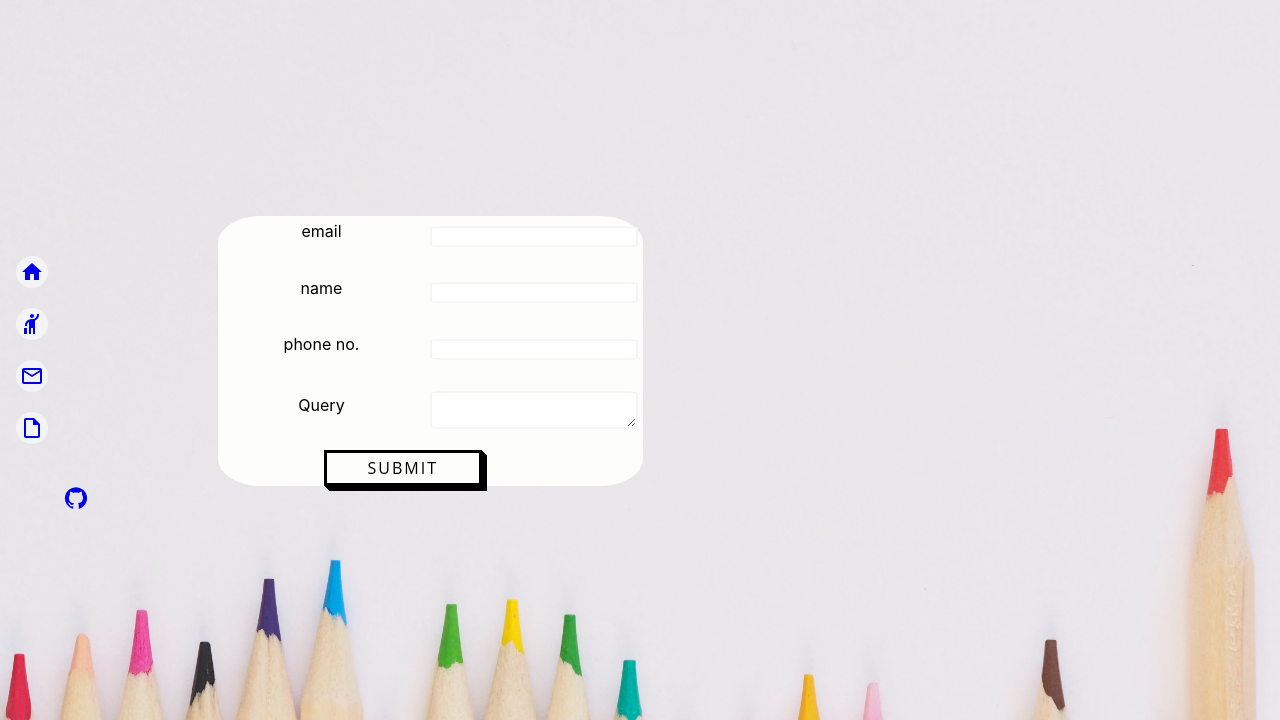
Repository: ujjawalmittal55/portfolio1
Page: /contact
An editor plug-in stored every save of this project. The page is shown before and after the next save, followed by the edit.
The browser window is 1280 px wide. The pictures show the whole page.
The project was rebuilt for these pictures with package versions that can differ from the ones it lists, and the page was loaded fresh each time. Also part of the build but not shown: src/display.css, src/Display.tsx, src/about.css, src/About.jsx, src/Document.jsx.

Above is the page before, as saved 2022-05-07 11:01:34.

### public/index.html
<!DOCTYPE html>
<html lang="en">
  <head>

    <style>
      @import url('https://fonts.googleapis.com/css2?family=Montserrat:ital,wght@0,100;1,100&family=Source+Code+Pro:wght@300&display=swap');
    </style>
    <meta charset="utf-8" />
    <link rel="icon" href="%PUBLIC_URL%/favicon.ico" />
    <meta name="viewport" content="width=device-width, initial-scale=1" />
    <meta name="theme-color" content="#000000" />
    <meta
      name="description"
      content="Web site created using create-react-app"
    />
    <link rel="apple-touch-icon" href="%PUBLIC_URL%/logo192.png" />
    <!--
      manifest.json provides metadata used when your web app is installed on a
      user's mobile device or desktop. See https://developers.google.com/web/fundamentals/web-app-manifest/
    -->
    <link rel="manifest" href="%PUBLIC_URL%/manifest.json" />
    <!--
      Notice the use of %PUBLIC_URL% in the tags above.
      It will be replaced with the URL of the `public` folder during the build.
      Only files inside the `public` folder can be referenced from the HTML.

      Unlike "/favicon.ico" or "favicon.ico", "%PUBLIC_URL%/favicon.ico" will
      work correctly both with client-side routing and a non-root public URL.
      Learn how to configure a non-root public URL by running `npm run build`.
    -->
    <title>React App</title>
  </head>
  <body>
    <noscript>You need to enable JavaScript to run this app.</noscript>
    <div id="root"></div>
    <!--
      This HTML file is a template.
      If you open it directly in the browser, you will see an empty page.

      You can add webfonts, meta tags, or analytics to this file.
      The build step will place the bundled scripts into the <body> tag.

      To begin the development, run `npm start` or `yarn start`.
      To create a production bundle, use `npm run build` or `yarn build`.
    -->
  </body>
</html>

### src/index.tsx
import React from "react";
import ReactDOM from "react-dom/client";
import "./index.css";
import App from "./App";
import Portfolio from "./Portfolio";
import SideBar from "./SideBar";

import reportWebVitals from "./reportWebVitals";
import { BrowserRouter } from "react-router-dom";

const rootElement = document.getElementById("root");
if (!rootElement) throw new Error("Failed to find the root element");
const root = ReactDOM.createRoot(rootElement);
root.render(
  <React.StrictMode>
    <BrowserRouter>
      <Portfolio />
    </BrowserRouter>
  </React.StrictMode>
);

// If you want to start measuring performance in your app, pass a function
// to log results (for example: reportWebVitals(console.log))
// or send to an analytics endpoint. Learn more: https://bit.ly/CRA-vitals
reportWebVitals();

### src/Portfolio.tsx
import React, { Component } from "react";
import { BrowserRouter, Route, Link, Routes } from "react-router-dom";
import Display from "./Display";
import "./homepage.css";
import SideBar from "./SideBar";
import About from "./About";
import Document from "./Document";
import Contact from "./Contact";
function Portfolio() {
  return (
    <div className="Home">
      <div className="sidebar">
        <SideBar />
      </div>
      <div className="main_content">
        <Routes>
          <Route path="/" element={<Display />} />
          <Route path="/about" element={<About />} />
          <Route path="/contact" element={<Contact />} />
          <Route path="/projects" element={<Display />} />
          <Route path="/resume" element={<Document />} />
        </Routes>
      </div>
    </div>
  );
}

export default Portfolio;

### src/homepage.css
.Home {
  background-image: url("/public/bg.jpg");
  background-size: cover;
  background-repeat: no-repeat;
  display: flex;
}
.main_content {
  flex: 1;
}

### src/SideBar.tsx
import React from "react";
import {
  BrowserRouter as Router,
  Route,
  Link,
  useParams,
  NavLink,
} from "react-router-dom";

import "./sidebar.css";
import HomeIcon from "@mui/icons-material/Home";
import HailIcon from "@mui/icons-material/Hail";
import InsertDriveFileOutlinedIcon from "@mui/icons-material/InsertDriveFileOutlined";
import EmailOutlinedIcon from "@mui/icons-material/EmailOutlined";

function SideBar() {
  return (
    <div>
      <div className="sidebar">
        <ul className="sidebar-items">
          <li className="list">
            <Link to="/">
              <div className="list-div">
                <HomeIcon>home</HomeIcon>
              </div>
            </Link>
          </li>
          <Link to="/about">
            <li className="list">
              <div className="list-div">
                <HailIcon>home</HailIcon>
              </div>
            </li>
          </Link>
          <Link to="/contact">
            <li className="list">
              <div className="list-div">
                <EmailOutlinedIcon>home</EmailOutlinedIcon>
              </div>
            </li>
          </Link>

          <Link to="/resume">
            <li className="list">
              <div className="list-div">
                <InsertDriveFileOutlinedIcon>home</InsertDriveFileOutlinedIcon>
              </div>
            </li>
          </Link>
        </ul>
      </div>
    </div>
  );
}

export default SideBar;

### src/Contact.jsx
import React, { useState } from "react";
import { GitHub } from "@mui/icons-material";
import "./contact.css";
function Contact() {
  const [email, setEmail] = useState("");
  const [name, setName] = useState("");
  const [phone, setPhone] = useState("");
  const [query, setQuery] = useState("");
  const clearState = () => {
    setName("");
    setEmail("");
    setPhone("");
    setQuery("");
  };

  const submit = (e) => {
    e.preventDefault();
    clearState();
  };
  return (
    <div>
      <form className="form">
        <span className="elements">email</span>
        <input
          className="Input"
          type="email"
          onChange={(e) => setEmail(e.target.value)}
          value={email}
        />
        <span className="elements">name</span>
        <input
          className="Input"
          type="text"
          value={name}
          onChange={(e) => setName(e.target.value)}
        />

        <span className="elements">phone no.</span>
        <input
          className="Input"
          type="number"
          value={phone}
          onChange={(e) => setPhone(e.target.value)}
        />

        <span className="elements">Query</span>
        <textarea
          className="Input"
          maxLength="500"
          initial="wirte your Query"
          value={query}
          onChange={(e) => setQuery(e.target.value)}
        ></textarea>
        <div className="button" onClick={(e) => submit(e)}>
          submit
        </div>
      </form>
      <a href="https://github.com/ujjawalmittal55" target="_blank">
        <GitHub />{" "}
      </a>
    </div>
  );
}

export default Contact;

### src/sidebar.css
.sidebar {
  height: 100%;
  /* background-color: rgb(221, 195, 195) */
}
.sidebar {
  height: 100vh;
  display: grid;
  align-items: center;
  text-align: center;
  text-decoration: none;
}
.sidebar-items {
  padding: 0;
  margin: 1em;
}

.list {
  font-size: 1em;
  margin-bottom: 1.25em;
  list-style-type: none;
  text-align: center;
  text-decoration: none;
  padding: auto;
}

.list-div:hover {
  text-decoration: underline;
  transform: scale(1.25);
  background-color: rgb(126, 128, 247);
}

.list-div {
  display: flex;
  justify-content: center;
  align-items: center;
  text-align: center;
  height: 2em;
  width: 2em;
  background-color: rgb(242, 244, 245);
  border-radius: 50%;
  transition-duration: 0.5s;
}

### src/contact.css
.form {
  background-color: rgb(253, 253, 252);
  display: grid;
  text-align: center;
  margin-top: 30vh;
  margin-left: 12vw;
  width: 35%;
  grid-template-columns: 1fr 1fr;
  grid-row-gap: 3vh;
  align-content: space-between;
  justify-content: space-between;
  align-items: center;
  border-radius: 10%;
}
.elements {
  margin-top: 5px;
  margin-right: 5px;
  margin-bottom: 10px;
}
.button {
  margin-left: 10px;
  grid-column-start: 1;
  grid-column-end: 3;
  width: 30%;
  margin-left: 25%;
  font-family: "Open Sans", sans-serif;
  font-size: 16px;
  letter-spacing: 2px;
  text-decoration: none;
  text-transform: uppercase;
  color: #000;
  cursor: pointer;
  border: 3px solid;
  padding: 0.25em 0.5em;
  box-shadow: 1px 1px 0px 0px, 2px 2px 0px 0px, 3px 3px 0px 0px, 4px 4px 0px 0px,
    5px 5px 0px 0px;
  position: relative;
  user-select: none;
  -webkit-user-select: none;
  touch-action: manipulation;
}

.button:active {
  box-shadow: 0px 0px 0px 0px;
  top: 5px;
  left: 5px;
}

@media (min-width: 768px) {
  .button {
    padding: 0.25em 0.75em;
  }
}

.Input {
  margin-top: 5px;
  margin-right: 5px;
  border-radius: 7%;

  border: 2px solid rgb(245, 245, 248);
}
.Input:focus {
  border: 2px solid rgb(102, 102, 251);
}

Loaded but not shown: src/index.css (common file); src/reportWebVitals.js (common file)

After the next save:
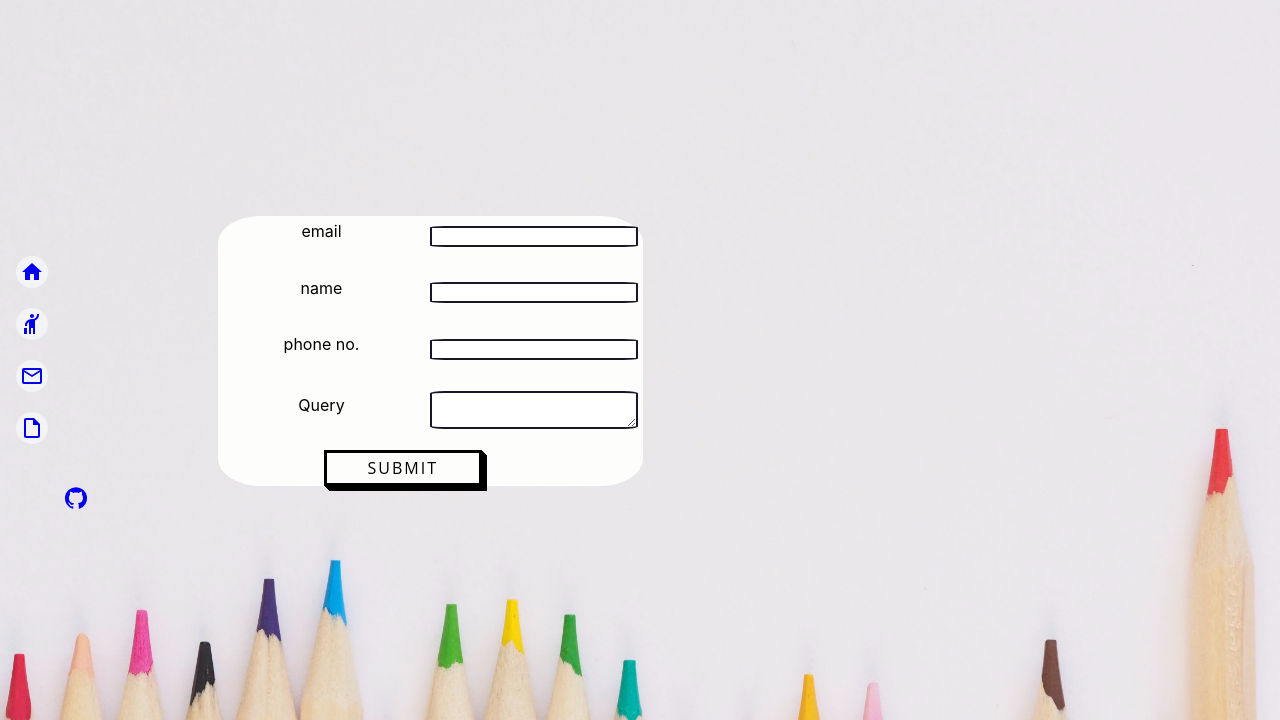
Saved 19 s later.
--- a/src/contact.css
+++ b/src/contact.css
@@ -57,7 +57,7 @@
   margin-right: 5px;
   border-radius: 7%;
 
-  border: 2px solid rgb(245, 245, 248);
+  border: 2px solid rgb(22, 22, 40);
 }
 .Input:focus {
   border: 2px solid rgb(102, 102, 251);
